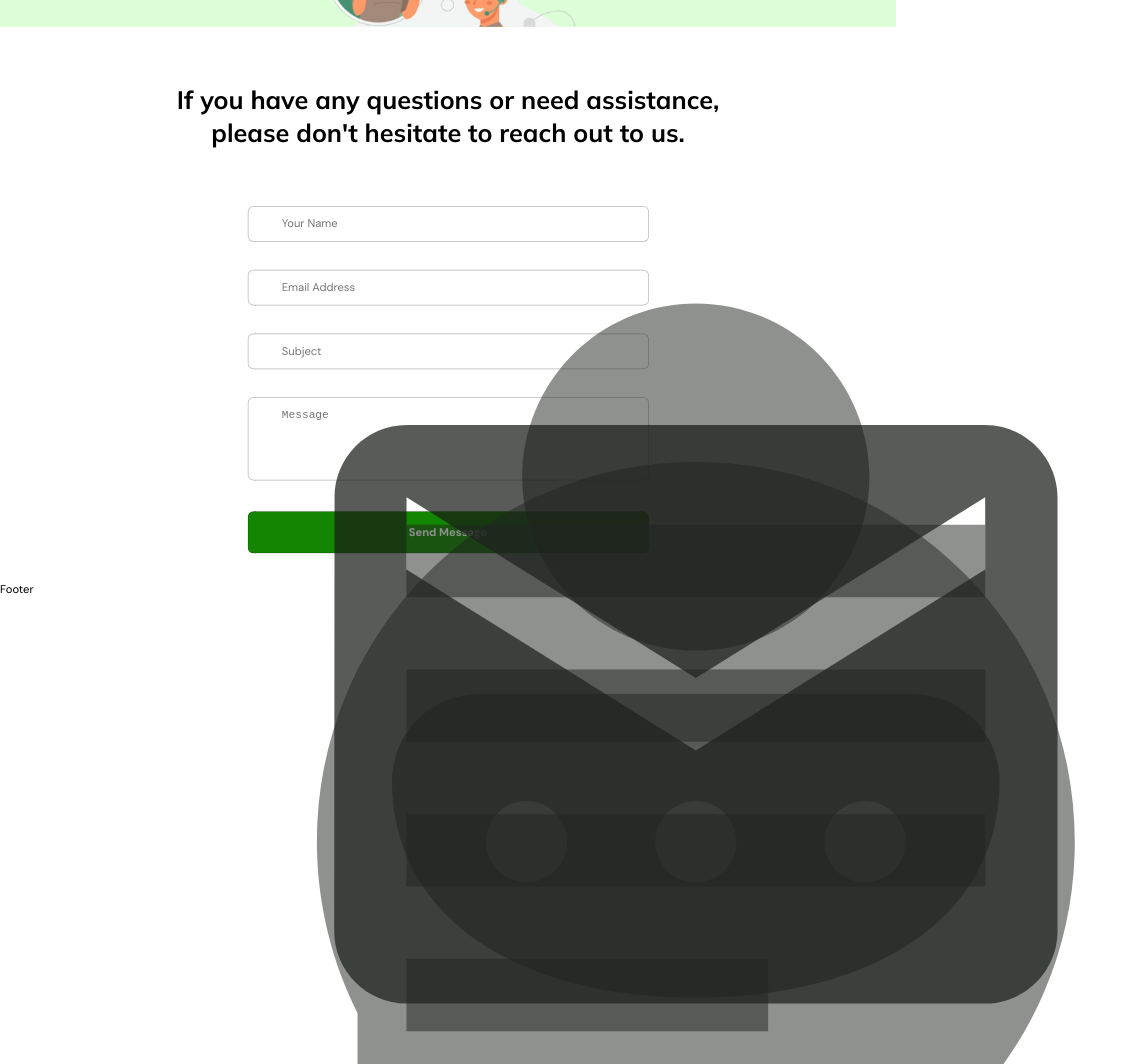
Repository: nacossuil/Uil-Nacos-Web
Page: /contact (app in frontend/)
These files come from the project's save history. The page is drawn as it stood at one moment and after the next save; the edit follows.
The browser window is 1280 px wide. The page is 1634 px wide, so the pictures cover 1634 px, including what lies to the right of the window. The pictures show the part of the page from y = 318 to 1838 px (the page is 2160 px tall), at 70% of full size.
The pointer rests on the first visible `.btn-submit`.
The project was rebuilt for these pictures with package versions that can differ from the ones it lists, and the page was loaded fresh each time. Also part of the build but not shown: frontend/vite.config.js, frontend/src/components/Home/About/About.jsx, frontend/src/components/Home/Hero/Hero.jsx, frontend/src/pages/Home/HomePage.jsx, frontend/src/pages/About/AboutPage.jsx, frontend/src/pages/Events/EventsPage.jsx, frontend/src/pages/Opportunities/tempData.js, frontend/src/pages/Opportunities/OpportunitiesPage.jsx and 1 more.

Above is the page before, as saved 2023-11-15 13:08:37.

### frontend/index.html
<!doctype html>
<html lang="en">

<head>
  <meta charset="UTF-8" />
  <link rel="icon" type="image/svg+xml" href="./src/assets/nacos-logo.svg" />
  <meta name="viewport" content="width=device-width, initial-scale=1.0" />
  <title>NACOS</title>
</head>

<body>
  <div id="root"></div>
  <script type="module" src="/src/main.jsx"></script>
</body>

</html>

### frontend/src/App.jsx
import { useState } from "react";
import "./App.css";
import Navbar from "./components/Navbar/Navbar";
import { Routes, Route } from "react-router-dom";
import HomePage from "./pages/Home/HomePage";
import ContactPage from "./pages/Contact/ContactPage";
import Footer from "./components/Footer/Footer";
import AboutPage from "./pages/About/AboutPage";
import EventsPage from "./pages/Events/EventsPage";
import OpportunitiesPage from "./pages/Opportunities/OpportunitiesPage";
import CgpaCalculatorPage from "./pages/CgpaCalculator/CgpaCalculatorPage";
import ScrollToTop from "./assets/up-arrow-icon.svg?react";
function App() {
  const [scrollToTopVisible, setScrollToTopVisible] = useState(false);

  const toggleVisible = () => {
    const scrolled = document.documentElement.scrollTop;
    if (scrolled > 300) {
      setScrollToTopVisible(true);
    } else if (scrolled <= 300) {
      setScrollToTopVisible(false);
    }
  };

  const scrollToTop = () => {
    window.scrollTo({
      top: 0,
      behavior: "smooth",
    });
  };
  window.addEventListener("scroll", toggleVisible);
  return (
    <main>
      <Navbar />
      <Routes>
        <Route path="/" element={<HomePage />} />
        <Route path="/about" element={<AboutPage />} />
        <Route path="/events" element={<EventsPage />} />
        <Route path="/contact" element={<ContactPage />} />
        <Route path="/opportunities" element={<OpportunitiesPage />} />
        <Route path="/cgpa-calculator" element={<CgpaCalculatorPage />} />
      </Routes>
      <Footer />
      {scrollToTopVisible ? (
        <div
          className="scroll-to-top-icon"
          onClick={() => {
            scrollToTop();
          }}
        >
          <ScrollToTop />
        </div>
      ) : null}
    </main>
  );
}

export default App;

### frontend/src/index.css
@import url('https://fonts.googleapis.com/css2?family=DM+Sans:opsz,wght@9..40,300;9..40,400;9..40,500;9..40,600;9..40,700&family=Mulish:wght@200;300;400;500;600;700&display=swap');
:root {
    font-size: 16px;
}

* {
    box-sizing: border-box;
    margin: 0;
    padding: 0;
}

body {
    margin: 0;
}

.flexCenter {
    display: flex;
    flex-wrap: wrap;
    justify-content: center;
    align-items: center;
    text-align: center;
}

.textBig {
    font-size: 36px;
    font-weight: 700;
    line-height: 48px;
}

.textSmall {
    font-size: 16px;
    font-weight: 700;
    line-height: 26px;
    text-align: center;
}

### frontend/src/App.css
@import url('https://fonts.googleapis.com/css2?family=DM+Sans&display=swap');

body {
  font-family: 'DM Sans', sans-serif;
}

main {
  position: relative;
  min-height: 300vh;
}

.scroll-to-top-icon {
  position: fixed;
  bottom: 16.1875rem;
  right: 6.25rem;
}

### frontend/src/components/Navbar/Navbar.jsx
import { useState } from "react";
import "./Navbar.css";
import { NavLink, Link } from "react-router-dom";

const Navbar = () => {
  // An array which contains link objects.
  // This makes it easier to add/remove links without having to tamper with existing markup
  const links = [
    {
      title: "Home",
      path: "/",
    },
    {
      title: "About",
      path: "/about",
    },
    {
      title: "Events",
      path: "/events",
    },
    {
      title: "Contact",
      path: "/contact",
    },
    {
      title: "Opportunities",
      path: "/Opportunities",
    },
    {
      title: "CGPA Calculator",
      path: "/calculator",
    },
  ];
  //state to keep track of the scroll position.
  const [scrolled, setScrolled] = useState(false);

  // function to toggle state when scrolled
  const toggle = () => {
    if (window.scrollY > 40) {
      setScrolled(true);
    } else {
      setScrolled(false);
    }
  };
  window.addEventListener("scroll", toggle);

  return (
    <header className={scrolled ? "scrolled" : ""}>
      <Link to={"/"}>
        <div>
          <img src="/src/assets/nacos-logo.svg" alt="" />
          <img src="/src/assets/unilorin-logo.svg" alt="" />
        </div>
      </Link>
      <nav>
        {/* Mapping over the links array and generating individual links
        The key for each link is it's title  */}
        {links.map((link) => (
          <NavLink to={link.path} key={link.title} end>
            {link.title}
          </NavLink>
        ))}
      </nav>
    </header>
  );
};

export default Navbar;

### frontend/src/pages/Contact/ContactPage.jsx
import './ContactPage.css'
import Img from '../../assets/customer-support.png'
import Person from '../../assets/fluent_person-20-filled.svg'
import Email from '../../assets/email-icon.svg'
import Ic from '../../assets/ic_outline-subject.svg'
import AntDesign from '../../assets/ant-design_message-filled.svg'

const ContactPage = () => {
  return (
    <section className="c-wrapper">
      <div className="flexCenter c-container">
        <div className="flexCenter first">
          <div className="c-heading">
            <h1 className="textBig">Contact Us</h1>
          </div>
          <div className="image-container">
            <img src={Img} alt="bgImg" />
          </div>
        </div>
        <div className="second">
          <div className="textBig s-text">
            If you have any questions or need assistance, please {`don't`}{' '}
            hesitate to reach out to us.
          </div>
          <form className="form">
            <img src={Person} alt="person" className="icon" />
            <input type="text" placeholder="Your Name" />
            <img src={Email} alt="person" className="icon" />
            <input type="email" placeholder="Email Address" />
            <img src={Ic} alt="person" className="icon" />
            <input type="text" placeholder="Subject" />
            <img src={AntDesign} alt="" className="icon" />
            <textarea placeholder="Message"></textarea>
            <input
              type="submit"
              value="Send Message"
              className="textSmall btn-submit"
            />
          </form>
        </div>
      </div>
    </section>
  )
}

export default ContactPage

### frontend/src/components/Footer/Footer.jsx
const Footer = () => {
  return (
    <footer>Footer</footer>
  )
}

export default Footer

### frontend/src/components/Navbar/Navbar.css
/* Making minimal use of classes to avoid class colision issues and specificity problems */

header {
    height: 5.5rem;
    width: 100%;
    display: flex;
    justify-content: space-between;
    align-items: center;
    font-family: 'DM Sans', sans-serif;
    font-size: 1rem;
    padding-inline: 5rem;
    border-bottom: solid 1px #138601;
    position: sticky;
    top: 0;
    transition: background .3s;
}

nav {
    display: flex;
    gap: 1.625rem;
    /*gap provided in the desing*/

}

nav a {
    color: #212521;
    text-decoration: none;
    position: relative;
}

header div {
    display: flex;
    gap: 2rem;
}

nav a.active {
    color: #138601;
}

/* using the after pseudo-class to create horizontal bars beneath active links */
nav a.active::after {
    content: '';
    position: absolute;
    bottom: -2.125rem;
    left: 0;
    background-color: #138601;
    width: 100%;
    height: 0.25rem;
    border-radius: 0.375rem;
}

/* utility class to change background of navigation on scroll */
header.scrolled {
    background-color: #FFFFFF;
}

### frontend/src/pages/Contact/ContactPage.css
.c-wrapper {
    position: relative;
    font-family: 'Mulish', sans-serif;
}


/* first div */

.c-container .first {
    background: #dcffd7;
    width: 100%;
}

.first .c-heading {
    width: 100%;
}

.first .c-heading>h1 {
    text-align: center;
    margin: 2.8rem auto 0;
}


/* second div  */

.second {
    margin-top: 5rem;
}

.second>.s-text {
    width: 49rem;
    margin-bottom: 5rem;
}

.form {
    width: 573px;
    margin: 0 auto;
}

.second input {
    display: block;
    margin: 40px auto;
    width: 100%;
    padding: 1rem 3rem;
    border-radius: 8px;
    outline: none;
    border: 1px solid rgba(33, 37, 33, 0.32);
    font-family: 'DM Sans', sans-serif;
}

input::placeholder,
textarea::placeholder {
    font-size: 16px;
    font-weight: 400;
    line-height: 26px;
}

.form>img {
    position: absolute;
}

.icon {
    padding: 15px 20px;
}

textarea {
    width: 100%;
    height: 119px;
    outline: none;
    border: 1px solid rgba(33, 37, 33, 0.32);
    resize: none;
    padding: 0.7rem 3rem;
    border-radius: 8px;
}

.btn-submit {
    font-family: 'DM Sans', sans-serif;
    background: #138601;
    color: #fff;
    cursor: pointer;
}

.btn-submit:hover {
    transition: all 1s ease-in;
    bright
}

### frontend/src/pages/Opportunities/Opportunitiespage.css
.opportunities {
  /*###### CUSTOM VARIABLES ######*/
  --color-primary-tint: hsla(112, 99%, 92%);
  --color-primary-shade: hsl(112, 99%, 26%);
  --text-color: hsla(120, 6%, 14%, 1);
  --text-color-light: hsla(108, 10%, 10%, 0.8);

  --font-family: "DM Sans", sans-serif;

  --fs-heading-lg: 2.5rem;
  --fs-heading-md: 2.25rem;
  --fs-heading-sm: 1.25rem;
  --fs-text-md: 1rem;
  --fs-text-lg: 1.75rem;
  --fs-text-sm: 0.875rem;
  --fs-text-x-sm: 0.75rem;

  --line-height-text: 1.6;
  --btn-radius: 2.8vw;
  --card-radius: 17px;
  --custom-box-shadow: 0 6px 8px 0 hsla(0, 0%, 0%, 0.15);

  /* GlOBAL STYLINGS */
  font-family: var(--font-family);
}

/*###### GLOBAL RESETS ######*/
* {
  box-sizing: border-box;
  margin: 0;
  padding: 0;
}

.opportunities > * {
  font-family: inherit;
}

img {
  /* Making images responsive */
  display: block;
  width: 100%;
}

/*###### RE-USABLE CLASSES ######*/
.container {
  /* max-width: Ideal width not decided yet */
  width: 85%;
  margin-inline: auto;
}

.justify-flex {
  display: flex;
  justify-content: space-between;
  align-items: center;
}

.heading-lg {
  font-size: var(--fs-heading-lg);
  font-weight: 600;
  margin-bottom: 2rem;
}

.heading-md {
  font-family: "Mulish", var(--font-family), sans-serif;
  font-size: var(--fs-heading-md);
  font-weight: 600;
  margin-bottom: 5rem;
}

.heading-sm {
  font-family: "Mulish", var(--font-family), sans-serif;
  font-size: var(--fs-heading-sm);
  margin-bottom: 0.75rem;
}

.text-md {
  font-size: var(--fs-text-md);
  font-weight: 500;
  line-height: var(--line-height-text);
  margin-bottom: 2rem;
}

.text-sm {
  font-size: var(--fs-text-sm);
  font-weight: 400;
  margin-bottom: 1rem;
}

.text-x-sm {
  font-size: var(--fs-text-x-sm);
}

.btn {
  display: inline-block;
  font-weight: 500;
  text-decoration: none;
  color: var(--color-primary-tint);
  background-color: var(--color-primary-shade);
  border: 0;
  border-radius: var(--btn-radius);
  cursor: pointer;
}

.btn-lg {
  padding: 0.625em 1.25em;
}

.btn-md {
  padding: 0.5em 1em;
  font-size: var(--fs-text-sm);
}

/*##### INTRO SECTION #####*/
.section-intro {
  padding-block: 3rem;
  background-color: var(--color-primary-tint);
  background-image: url("./../../../src/assets/Opportunities/Grid.png");
  background-size: cover;
  background-repeat: no-repeat;
}

.intro__content {
  display: grid;
  grid-template-columns: repeat(2, 1fr);
  align-items: center;
}

.intro__content-img-box {
  display: grid;
  place-items: center;
}

.intro__content-img-box img {
  width: 80%;
}

/*##### RESOURCES SECTION #####*/

.section-courses {
  padding-block: 5rem;
}

.section-courses h1 {
  text-align: center;
}

.resources__cards {
  list-style-type: none;
  display: grid;
  grid-template-columns: repeat(3, 1fr);
  gap: 2rem;
}

.resources__card {
  color: var(--text-color);
  box-shadow: var(--custom-box-shadow);
  border-radius: var(--card-radius);
  overflow: hidden;
}

.resources__card .content {
  padding: 1rem;
}

/* This element would be conditionally styled in the JSX */
.resources__card .tag {
  display: inline-block;
  color: #192666;
  font-size: var(--fs-text-x-sm);
  font-weight: 500;
  background-color: #c0c6e4;
  padding: 0.3rem 0.6rem;
  border-radius: var(--btn-radius);
}

### frontend/src/pages/CgpaCalculator/cgpa.css
@import url('https://fonts.googleapis.com/css2?family=Mulish&display=swap');

#cgpa-container {
    box-shadow: 0px 32px 40px 12px rgba(0, 0, 0, 0.08);
}

#CGC-container {
    border: 1px solid rgba(33, 37, 33, 0.24);
}

#course {
    padding: 12px 68px 12px 16px;
    color: rgba(33, 37, 33, 0.50);
    border-right: 1px solid rgba(33, 37, 33, 0.24);
}

#grade-select {
    padding: 12px 20px 12px 16px;
    border-right: 1px solid rgba(33, 37, 33, 0.24);
    color: rgba(33, 37, 33, 0.50);
}


#credits {
    padding: 12px 20px 12px 16px;
    color: rgba(33, 37, 33, 0.50);
}

#add-btn {
    padding: 14px 31px;
    justify-content: center;
    align-items: center;
    border-radius: 100px;
    border: 1px solid #138601;
}

#calc-btn {
    padding: 14px 82px 14px 78px;
    border-radius: 100px;
    align-items: center;
}

#credits-section {
    border: 1px solid rgba(33, 37, 33, 0.20);
    width: 350px;
    padding: 12px 0px;
    display: flex;
    flex-direction: column;
    justify-content: center;
    align-items: center;
    gap: 4px;
    color: rgba(33, 37, 33, 0.50);
}

#cgpa-section {

    display: flex;
    width: 350px;
    padding: 12px 0px;
    flex-direction: column;
    justify-content: center;
    align-items: center;
    gap: 4px;
    border: 1px solid rgba(33, 37, 33, 0.20);
    color: rgba(33, 37, 33, 0.50);
}

#credit-count {
    font-family: 'Mulish', sans-serif;
}

#cgpa-count {
    font-family: 'Mulish', sans-serif;
}

#grade {
    color: rgba(33, 37, 33, 0.50);
}

#grade-bar {
    width: 524px;
    height: 24px;
    flex-shrink: 0;
    border-radius: 100px;
    border: 1px solid rgba(33, 37, 33, 0.12);
    background: #FFF;
}

### frontend/src/components/Shared/Values/Values.jsx
import './values.css'
import { RxRocket } from 'react-icons/rx'
import { TbTargetArrow } from 'react-icons/tb'
import { IoBulbOutline } from 'react-icons/io5'

const values = [
    {
        icon: <RxRocket />,
        title: "Our Mission",
        text: "Is to become a network of committed Student IT Professionals determined to stimulate the technology, innovation and entrepreneurship scene in Nigeria. To develop a vibrant ecosystem that drives digital inclusion across all tertiary Institutions"
    },
    {
        icon: <TbTargetArrow />,
        title: "Our Aims",
        text: `We aim to serve both professional and public interests by fostering the open interchange of information and by promoting the highest professional and ethical standards.
        To protect the image and safeguard the interest of the Computing profession.`
    }, {
        icon: <IoBulbOutline />,
        title: "Why NACOS (Unilorin) ?",
        text: `Ww aim to serve both professional and public interests by fostering the open interchange of information and by promoting the highest professional and ethical standards.
        To protect the image and safeguard the interest of the Computing profession.`
    },
]

const Values = () => {
    return (
        <div className='values'>
            {
                values.map(({ icon, title, text }) => (
                    <div className='value'>
                        <div className="value__icon">
                            {icon}
                        </div>
                        <div className="value__title">
                            {title}
                        </div>
                        <div className="value__text">
                            {text}
                        </div>
                    </div>
                ))
            }
        </div>
    )
}

export default Values

Loaded but not shown: frontend/src/main.jsx (common file); frontend/src/components/Home/About/About.css (no stored copy; drawn as an empty file); frontend/src/components/Home/Hero/hero.css (no stored copy; drawn as an empty file); frontend/src/components/Shared/Values/values.css (no stored copy; drawn as an empty file); frontend/src/pages/Home/HomePage.css (no stored copy; drawn as an empty file)

After the next save:
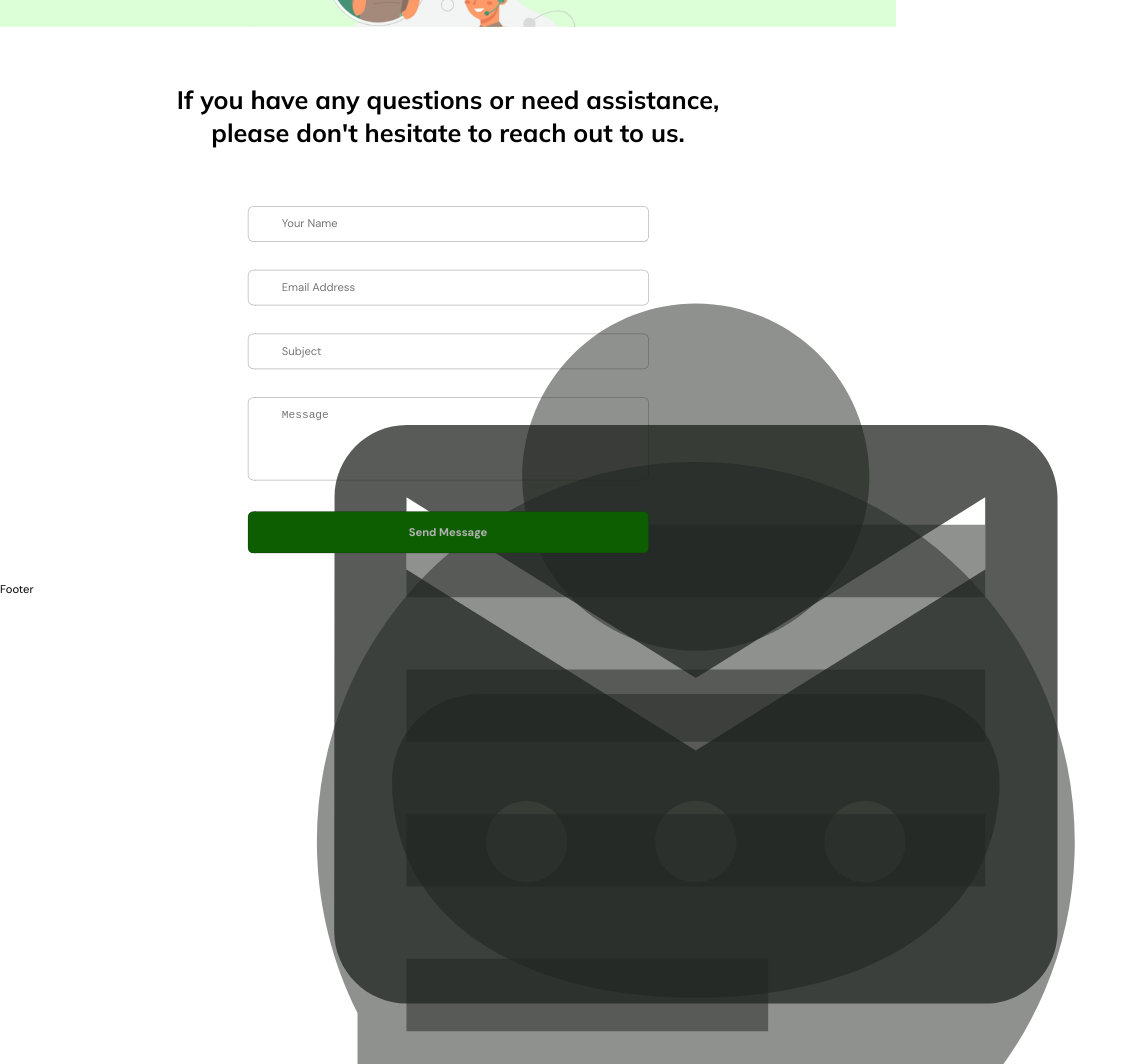
Saved 34 s later.
--- a/frontend/src/pages/Contact/ContactPage.css
+++ b/frontend/src/pages/Contact/ContactPage.css
@@ -82,5 +82,5 @@
 
 .btn-submit:hover {
     transition: all 1s ease-in;
-    bright
+    filter: brightness(70%);
 }
